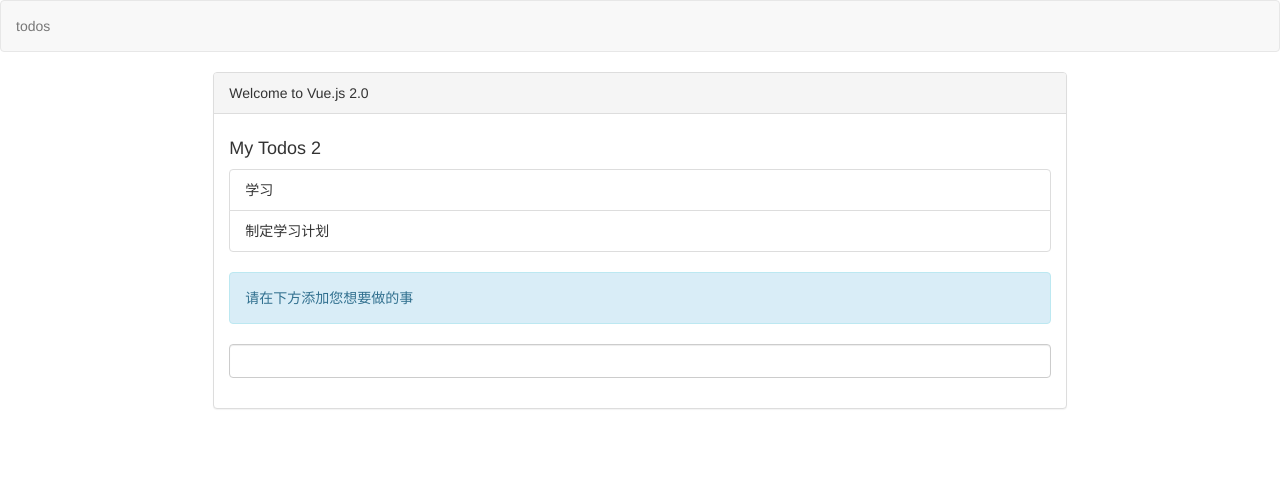
Repository: myr1111/todo
Page: Todoapp/index.html
An editor plug-in stored every save of this project. The page is shown before and after the next save, followed by the edit.
The browser window is 1280 px wide. The pictures show the whole page.

Above is the page before, as saved 2019-04-01 08:27:30.

### Todoapp/index.html
<!DOCTYPE html>
<html lang="en">
<head>
    <meta charset="UTF-8">
    <meta name="viewport" content="width=device-width, initial-scale=1.0">
    <meta http-equiv="X-UA-Compatible" content="ie=edge">
    <title>Document</title>
    <link rel="stylesheet" href="bootstrap.min.css">
    <script src="vue.min.js"></script>
</head>
<body>
    <nav class="navbar navbar-default">
        <p class="navbar-text">todos</p>
    </nav>
    <div id="app" class="container col-md-8 col-md-offset-2">
        <div class="row">
            <div class="panel panel-default">
                <div class=" panel-heading">Welcome to Vue.js 2.0</div>
                <div class="panel-body">
                    <h4>My Todos {{todosCount}}</h4>
                    <ul class="list-group">
                        <li class="list-group-item"
                            v-for="todo in todos"
                        >{{todo.title}}</li>
                    </ul>
                    <div class="alert alert-info">请在下方添加您想要做的事</div>
                    <form >
                        <div class="form-group">
                            <input type="text" class="form-control">
                        </div>
                    </form>
                </div>
            </div>
        </div>
    </div>
    <script>
        new Vue({
            el : "#app",
            data : {
                todos : [
                    {title : "学习"},
                    {title : "制定学习计划"}
                ]
            },
            computed: {
                todosCount(){
                    return this.todos.length;
                }
            },
        });

    </script>
</body>
</html>

Loaded but not shown: Todoapp/bootstrap.min.css (library); Todoapp/vue.min.js (library)

After the next save:
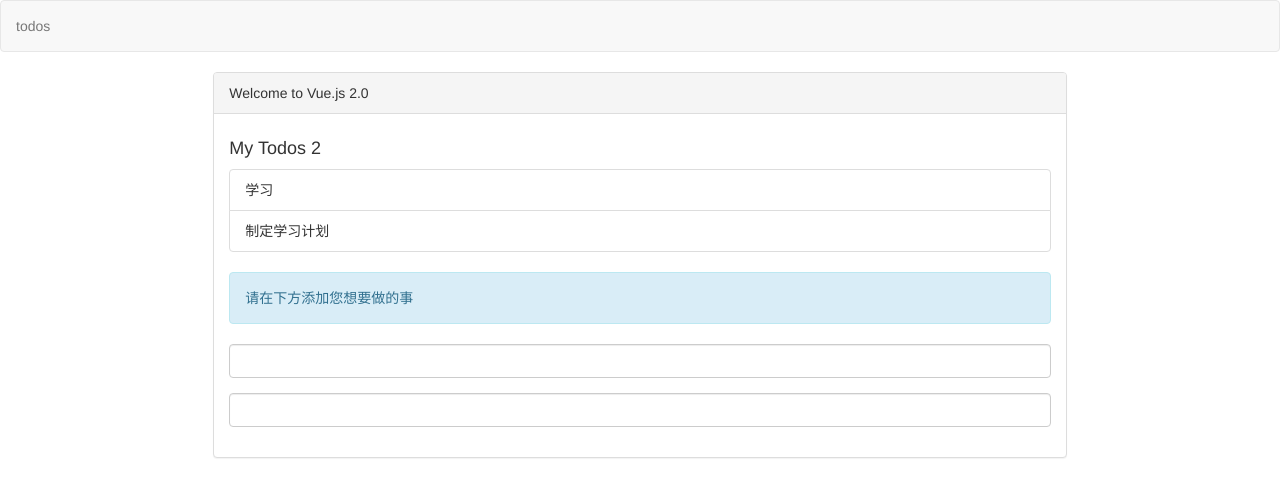
Saved 11 s later.
--- a/Todoapp/index.html
+++ b/Todoapp/index.html
@@ -28,6 +28,9 @@
                         <div class="form-group">
                             <input type="text" class="form-control">
                         </div>
+                        <div class="form-group">
+                                <input type="text" class="form-control">
+                            </div>
                     </form>
                 </div>
             </div>

After the 2 saves that followed:
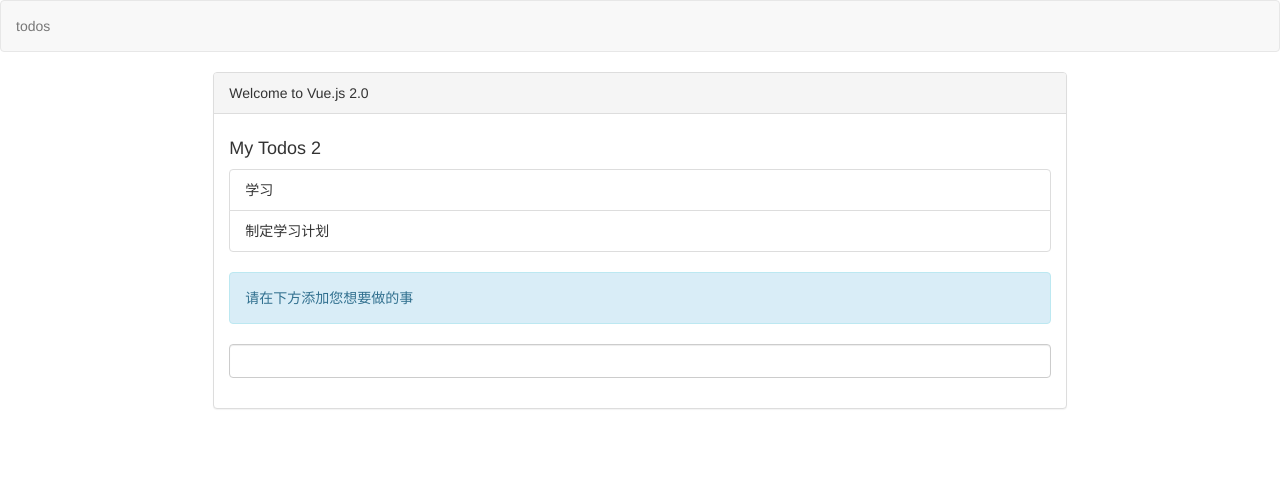
The 2 saves are shown as one change because 1 left the picture as it was.
The last was saved 8 s later.
--- a/Todoapp/index.html
+++ b/Todoapp/index.html
@@ -29,8 +29,7 @@
                             <input type="text" class="form-control">
                         </div>
                         <div class="form-group">
-                                <input type="text" class="form-control">
-                            </div>
+                        </div>
                     </form>
                 </div>
             </div>
